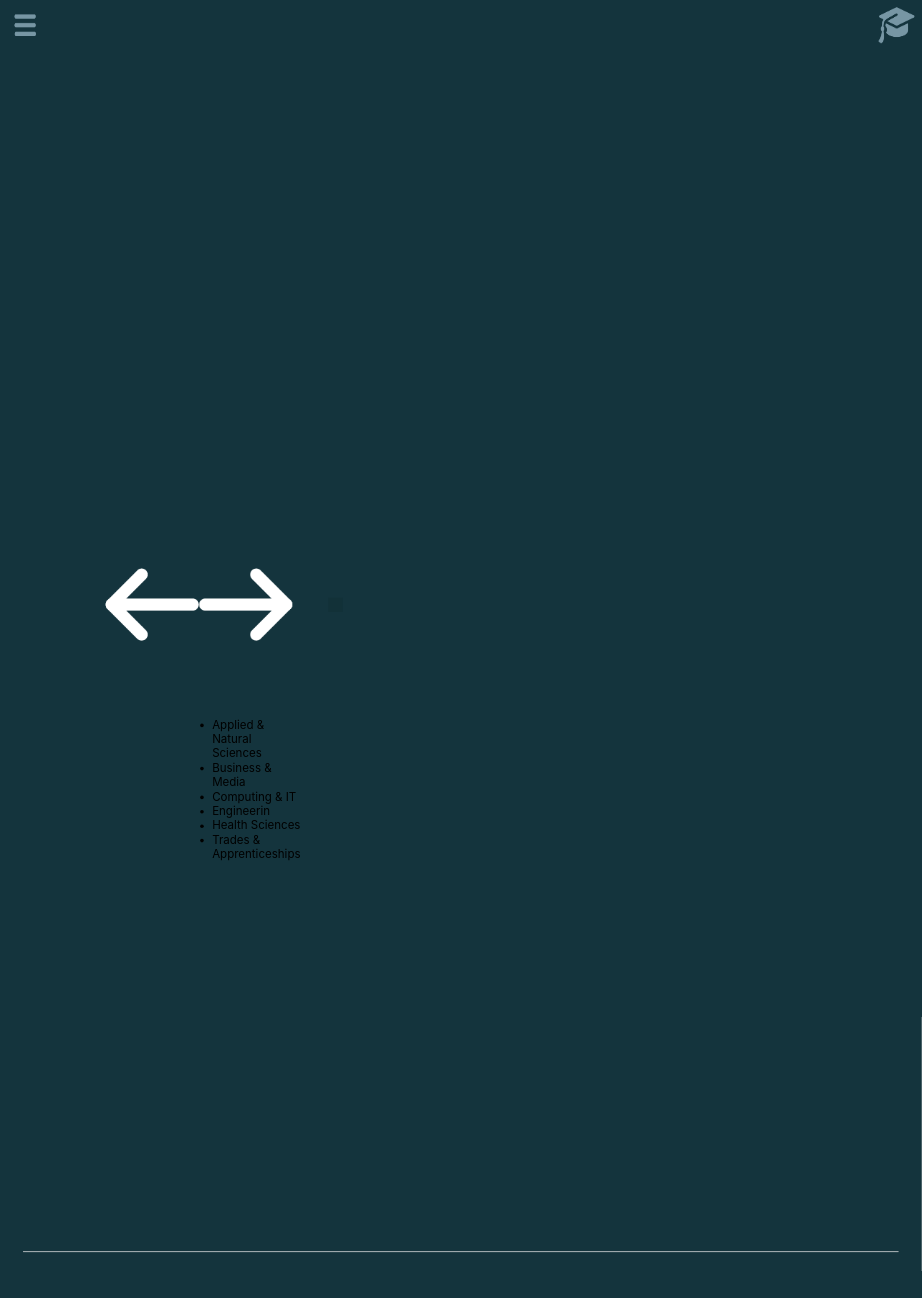
Repository: shaelorch/assignment-1-playwright-site-a01259464
Page: /about
These files come from the project's save history. The page is drawn as it stood at one moment and after the next save; the edit follows.
The browser window is 1280 px wide. The pictures show the whole page, at 72% of full size.
The project was rebuilt for these pictures with package versions that can differ from the ones it lists, and the page was loaded fresh each time. The framework's server and built-in components were replaced by stand-ins that run in the browser. Also part of the build but not shown: next.config.js.

Above is the page before, as saved 2023-01-28 12:41:26.

After the next save:
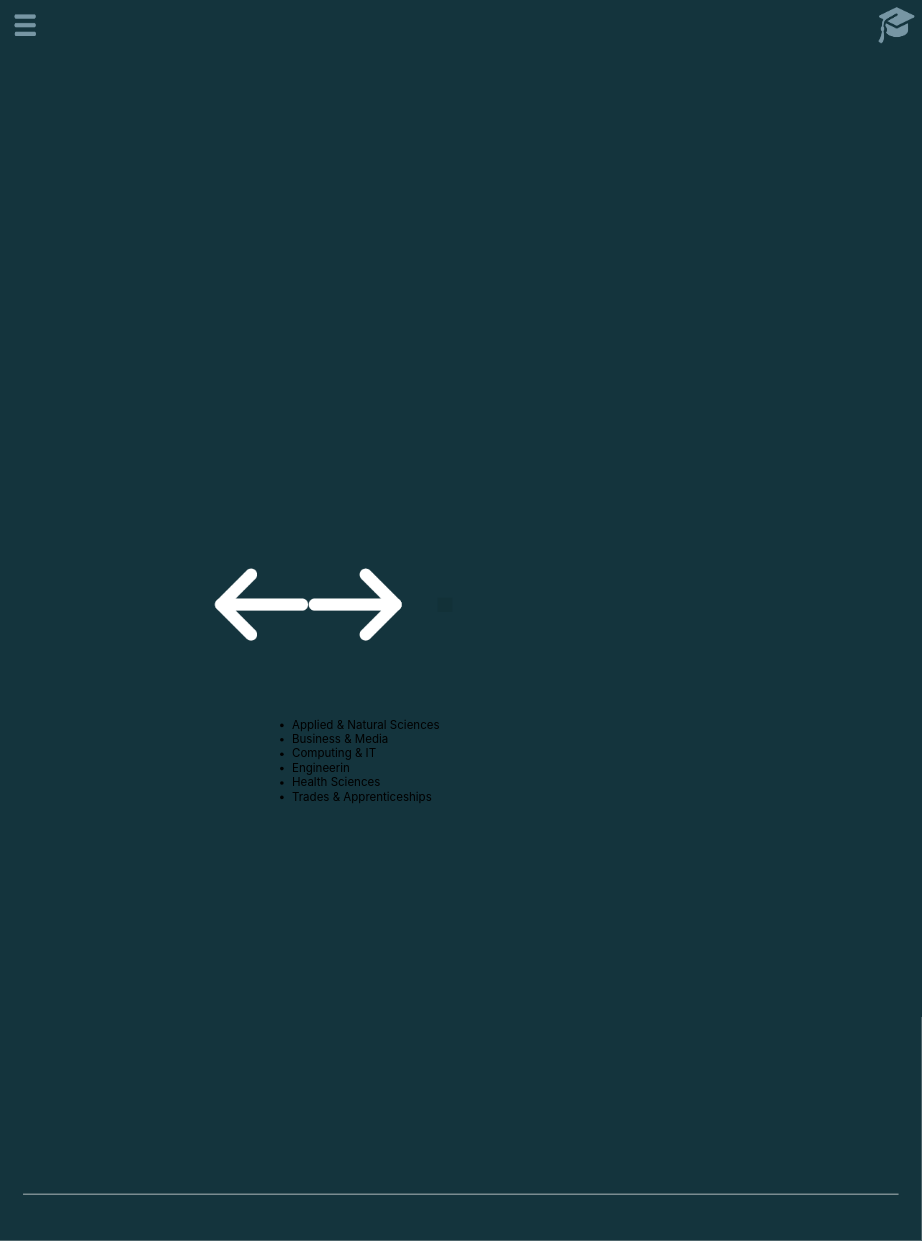
Saved 14 s later.
--- a/styles/Home.module.css
+++ b/styles/Home.module.css
@@ -27,7 +27,7 @@
   min-height: 100vh;
   padding: 40% 0;
   margin-left: 25%;
-  margin-right: 75%;
+  margin-right: 50%;
   flex: 1;
   display: flex;
   flex-direction: column;
